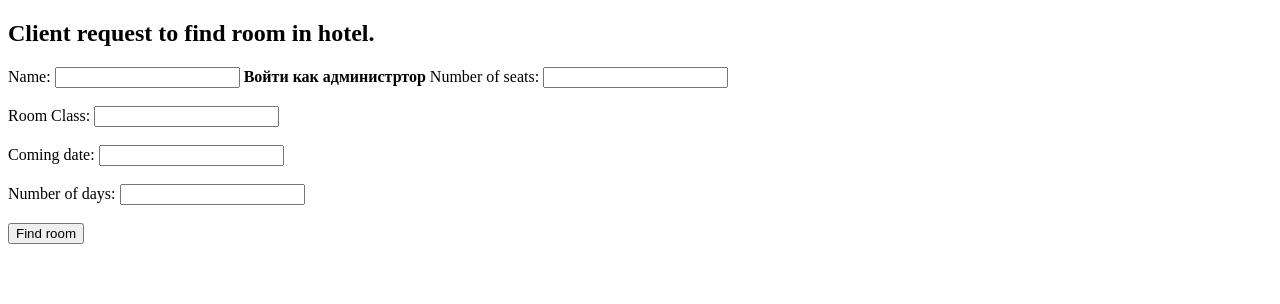
Repository: milosh-alexandr-by/ItAcademyJavaDeveloper
Page: http://localhost/HotelRequestSystem/ClientServlet.jsp
These files come from the project's save history. The page is drawn as it stood at one moment and after the next save; the edit follows.
The browser window is 1280 px wide. The pictures show the whole page.
The page is served by Tomcat 9. Other server files are loaded and not shown.

Above is the page before, as saved 2015-12-12 21:54:23.

### Project_WEB/HotelRequestSystem/WebContent/ClientServlet.jsp
<%@ page language="java" contentType="text/html; charset=UTF-8"
    pageEncoding="UTF-8"%>
<!DOCTYPE html PUBLIC "-//W3C//DTD HTML 4.01 Transitional//EN" "http://www.w3.org/TR/html4/loose.dtd">
<html>
<head>
<meta http-equiv="Content-Type" content="text/html; charset=UTF-8">
<title>Insert title here</title>
</head>
<body>

	<h2>Client request to find room in hotel.</h2>

	<form action="HotelRequestSystem" method="GET">
		Name: <input type="text" name="Name" /> <right><strong>Войти как администртор</strong></right>
		Number of seats: <input type="text" name="NumberOfSeats" /> <br/><br/>
		Room Class: <input type="text" name="RoomClass" /> <br/><br/>
		Coming date: <input type="text" name="ComingDate" /> <br/><br/>
		Number of days: <input type="text" name="NumberOfDays" /> <br/><br/>
		<input type="submit" name="findRoom" value="Find room">
	</form>


</body>
</html>

After the next save:
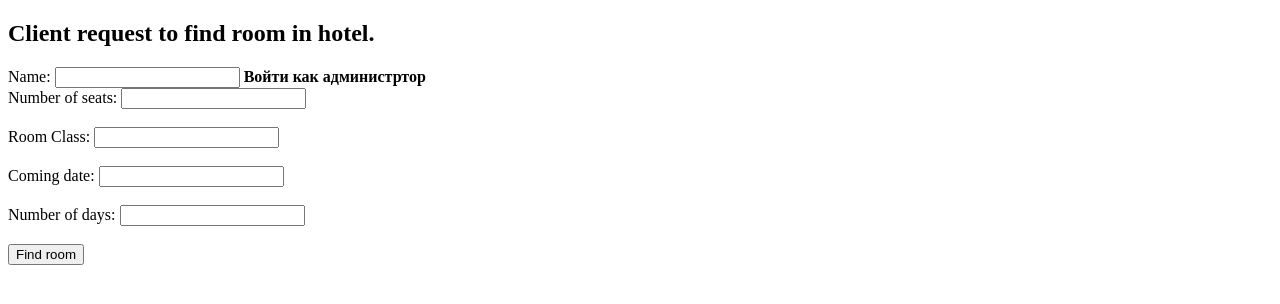
Saved 25 s later.
--- a/Project_WEB/HotelRequestSystem/WebContent/ClientServlet.jsp
+++ b/Project_WEB/HotelRequestSystem/WebContent/ClientServlet.jsp
@@ -11,7 +11,7 @@
 	<h2>Client request to find room in hotel.</h2>
 
 	<form action="HotelRequestSystem" method="GET">
-		Name: <input type="text" name="Name" /> <right><strong>Войти как администртор</strong></right>
+		Name: <input type="text" name="Name" /> <right><strong>Войти как администртор</strong></right> <br/>
 		Number of seats: <input type="text" name="NumberOfSeats" /> <br/><br/>
 		Room Class: <input type="text" name="RoomClass" /> <br/><br/>
 		Coming date: <input type="text" name="ComingDate" /> <br/><br/>
